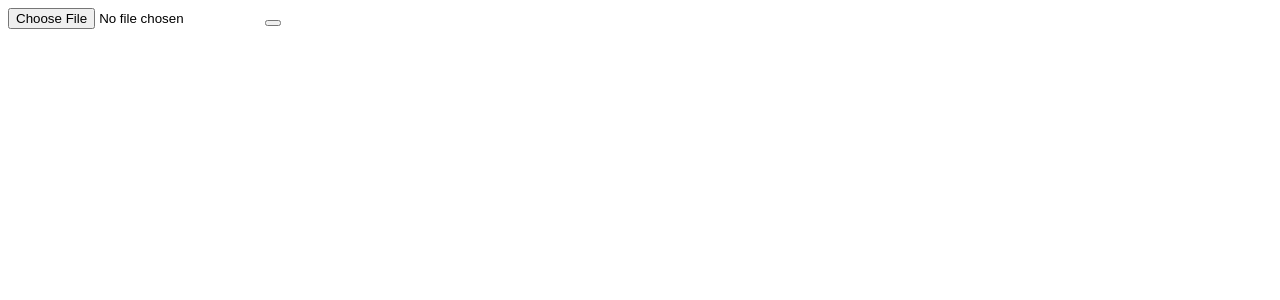
Repository: nailaojiang/upload-methods
Page: single-upload/index.html
The author's editor kept a copy of each file at every save. The page is drawn from the files as they stood at one save, then again after the next save.
The browser window is 1280 px wide. The pictures show the whole page.

Above is the page before, as saved 2021-07-06 11:38:48.

### single-upload/index.html
<!DOCTYPE html>
<html lang="en">
<head>
  <meta charset="UTF-8">
  <meta name="viewport" content="width=device-width, initial-scale=1.0">
  <title>单文件上传测试</title>
  <script src="../node_modules/axios/dist/axios.min.js"></script>
</head>
<body>
  <input type="file" id="uploadFile" accept="image/*">
  <button onclick="uploadFiles()"></button>
  <script>
    const uploadFile = document.querySelector('#upload')
    const request = axios.create({
      baseUrl: "http://localhost:3000/upload",
      timeout: 6e4
    })

    async function uploadFiles() {
      if (!uploadFile.files.length) return;
      const file = uploadFile.files[0]
      upload({
        url: '/single',
        file
      })
    }

    function upload({ url, file, fieldName = "file" }) {
      let formData = new FormData();
      formData.set(fieldName, file);
      request.post(url, formData, {
        // 监听上传进度
        onUploadProgress: function (progressEvent) {
          const percentCompleted = Math.round(
            (progressEvent.loaded * 100) / progressEvent.total
          );
          console.log(percentCompleted);
        },
      });
    }
  </script>
</body>
</html>

Loaded but not shown: node_modules/axios/dist/axios.min.js (library)

After the next save:
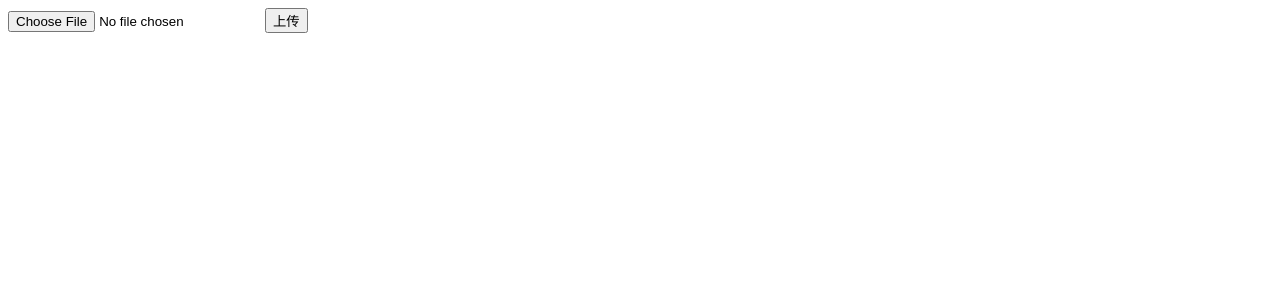
Saved 6 s later.
--- a/single-upload/index.html
+++ b/single-upload/index.html
@@ -8,7 +8,7 @@
 </head>
 <body>
   <input type="file" id="uploadFile" accept="image/*">
-  <button onclick="uploadFiles()"></button>
+  <button onclick="uploadFiles()">上传</button>
   <script>
     const uploadFile = document.querySelector('#upload')
     const request = axios.create({
